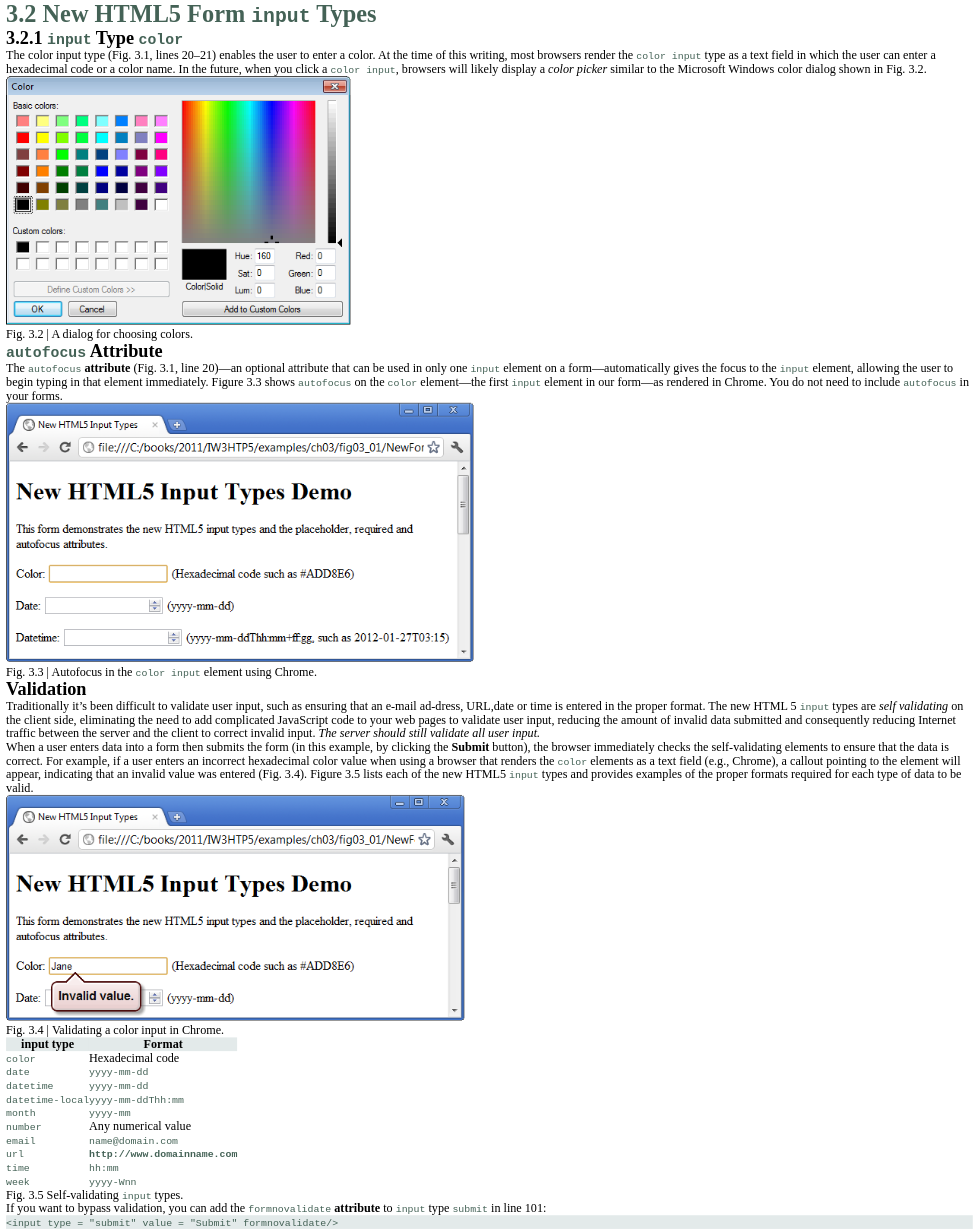
Repository: mlmEFSC21/P4-Textbook-Copy
Page: index.html
The author's editor kept a copy of each file at every save. The page is drawn from the files as they stood at one save, then again after the next save.
The browser window is 1280 px wide. The pictures show the whole page, at 76% of full size.

Above is the page before, as saved 2022-02-03 15:40:58.

After the next save:
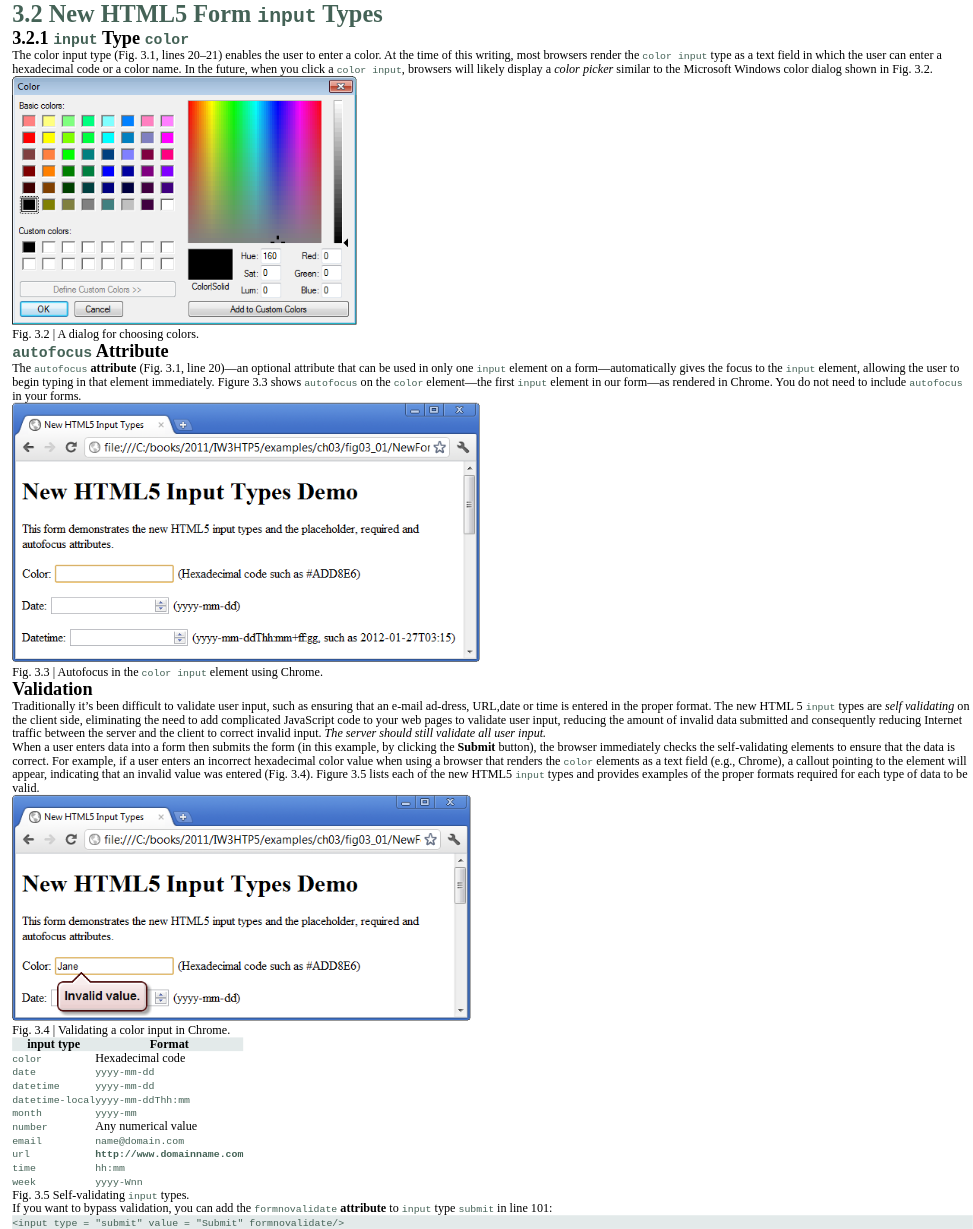
Saved 6 s later.
--- a/bookStyles.css
+++ b/bookStyles.css
@@ -15,7 +15,7 @@
     box-sizing: border-box;
 }
 body {
-    margin-left: 0.5rem;
+    margin-left: 1rem;
     padding: auto;
     background-color: var(--clr-background);
     color: var(--clr-font-prime);
